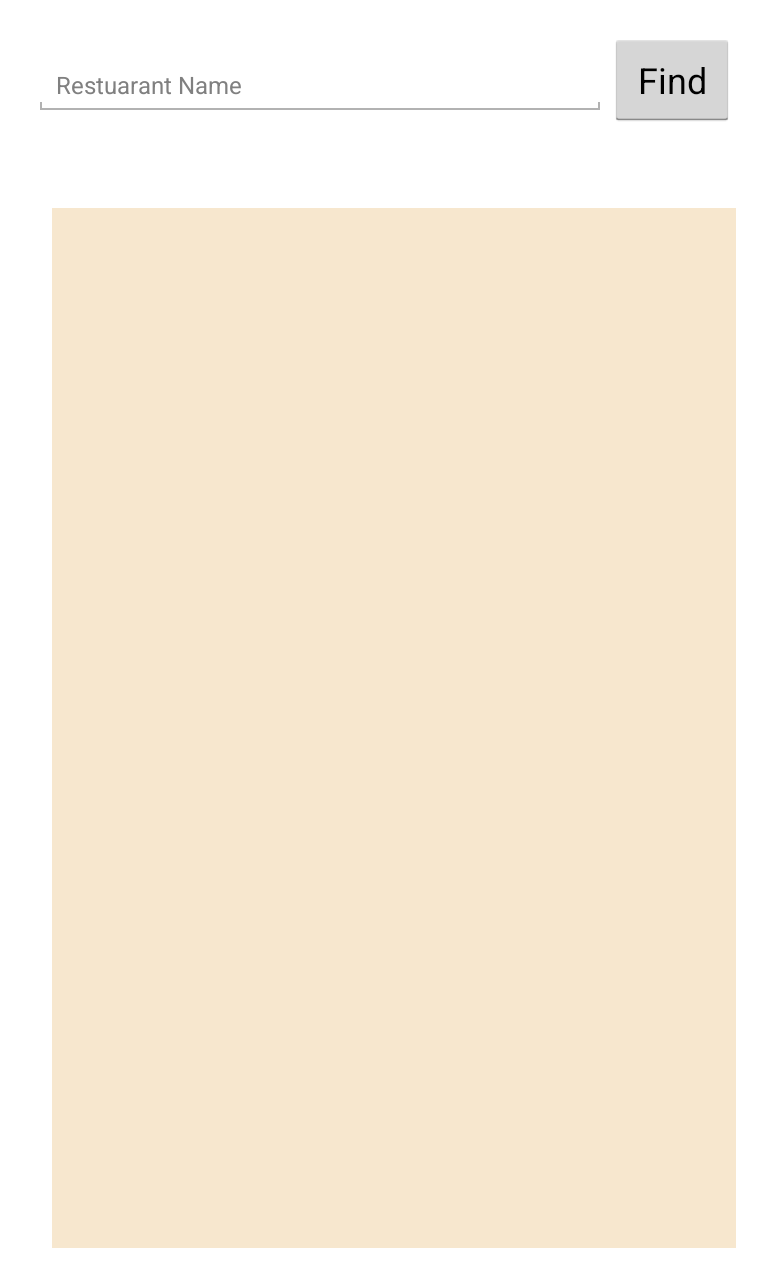
Repository: marymotlagh/Yelp-RBC
Layout: FoodNearYou/res/layout/activity_search.xml
The author's editor kept a copy of each file at every save. The layout is drawn from the files as they stood at one save, then again after the next save.
It is drawn on a 768 x 1280 px phone screen (xhdpi) without system bars, with theme AppTheme; the app's code is not run. Lists and similar views that code fills are empty.

Above is the layout before, as saved 2016-08-23 00:16:48.

### FoodNearYou/res/layout/activity_search.xml
<RelativeLayout xmlns:android="http://schemas.android.com/apk/res/android"
    xmlns:tools="http://schemas.android.com/tools"
    android:layout_width="match_parent"
    android:layout_height="match_parent"
    android:orientation="vertical"
    android:paddingBottom="@dimen/activity_vertical_margin"
    android:paddingLeft="@dimen/activity_horizontal_margin"
    android:paddingRight="@dimen/activity_horizontal_margin"
    android:paddingTop="@dimen/activity_vertical_margin"
    tools:context="com.RBC.foodnearyou.SearchActivity" >

    <LinearLayout
        android:id="@+id/linearLayout1"
        android:layout_width="match_parent"
        android:layout_height="wrap_content" >

        <EditText
            android:id="@+id/edtSearch"
            android:layout_width="0dp"
            android:layout_height="wrap_content"
            android:layout_weight=".80"
            android:hint="@string/search"
            android:inputType="text"
            android:textSize="12sp" />

        <Button
            android:id="@+id/btnFind"
            android:layout_width="wrap_content"
            android:layout_height="wrap_content"
            android:text="@string/find" />
    </LinearLayout>


    <GridView
        android:id="@+id/grvResturant"
        android:layout_width="match_parent"
        android:layout_height="match_parent"
        android:layout_alignLeft="@+id/linearLayout1"
        android:layout_below="@+id/linearLayout1"
        android:layout_marginLeft="10dp"
        android:layout_marginTop="40dp"
        android:verticalSpacing="10dp"
        android:horizontalSpacing="10dp"
        android:numColumns="auto_fit"
        android:stretchMode="columnWidth"
        android:background="@color/champagne"
    	android:gravity="center">


    </GridView>

</RelativeLayout>

### FoodNearYou/res/values/strings.xml
<?xml version="1.0" encoding="utf-8"?>
<resources>

    <string name="app_name">Find Restaurant</string>
    <string name="search">Restuarant Name</string>
    <string name="find">Find</string>
    <string name="action_settings">Settings</string>
    <string name="imgtext">Restaurants Image</string>
    <string name="title_activity_detail">Restaurant Detail</string>
    <string name="LReview">Latest Review:</string>



</resources>

### FoodNearYou/res/values/color.xml
<?xml version="1.0" encoding="utf-8"?>
<resources>


    <!-- Maryam Style -->

    <color name="champagne">#F7E7CE</color>
    <color name="dark_green">#013220</color>
    <color name="fawn">#E5AA70</color>
    <color name="dark_brown">#654321</color>
    <color name="duke_blue">#00009C</color>

    <!-- Common -->
    <color name="white">#FFFFFF</color>
    <color name="black">#000000</color>
    <color name="red">#FF0000</color>
    <color name="green">#008000</color>
    <color name="blue">#0000FF</color>
    <color name="yellow">#FFFF00</color>
    <color name="teal">#008080</color>
    <color name="Orange">#FFA500</color>


    <!-- a -->
    <color name="Azure">#F0FFFF</color>
    <color name="AliceBlue">#F0F8FF</color>
    <color name="AntiqueWhite">#FAEBD7</color>
    <color name="Aquamarine">#7FFFD4</color>
    <!-- b -->
    <color name="Beige">#F5F5DC</color>
    <color name="BurlyWood">#DEB887</color>
    <color name="Brown">#A52A2A</color>
    <color name="BlueViolet">#8A2BE2</color>
    <color name="aqua">#00FFFF</color>
    <color name="Bisque">#FFE4C4</color>
    <color name="BlanchedAlmond">#FFEBCD</color>
    <!-- c -->
    <color name="Cornsilk">#FFF8DC</color>
    <color name="Coral">#FF7F50</color>
    <color name="Chocolate">#D2691E</color>
    <color name="Crimson">#DC143C</color>
    <color name="CornflowerBlue">#6495ED</color>
    <color name="CadetBlue">#5F9EA0</color>
    <color name="Chartreuse">#7FFF00</color>
    <!-- d -->
    <color name="DeepPink">#FF1493</color>
    <color name="DeepSkyBlue">#00BFFF</color>
    <color name="DimGray">#696969</color>
    <color name="DodgerBlue">#1E90FF</color>
    <!-- e -->
    <!-- f -->
    <color name="fuchsia">#FF00FF</color>
    <color name="ForestGreen">#228B22</color>
    <color name="FloralWhite">#FFFAF0</color>
    <color name="FireBrick">#B22222</color>
    <color name="Fuchsia">#FF00FF</color>
    <!-- g -->
    <color name="Gold">#FFD700</color>
    <color name="GreenYellow">#ADFF2F</color>
    <color name="gray">#808080</color>
    <color name="Goldenrod">#DAA520</color>
    <color name="Gainsboro">#DCDCDC</color>
    <color name="GhostWhite">#F8F8FF</color>
    <!-- h -->
    <color name="Honeydew">#F0FFF0</color>
    <color name="HotPink">#FF69B4</color>
    <!-- i -->
    <color name="Indigo">#4B0082</color>
    <color name="Ivory">#FFFFF0</color>
    <color name="IndianRed">#CD5C5C</color>
    <!-- j -->
    <!-- k -->
    <color name="Khaki">#F0E68C</color>
    <!-- l -->
    <color name="lime">#00FF00</color>
    <color name="LawnGreen">#7CFC00</color>
    <color name="LavenderBlush">#FFF0F5</color>
    <color name="Linen">#FAF0E6</color>
    <color name="LemonChiffon">#FFFACD</color>
    <color name="Lavender">#E6E6FA</color>
    <color name="LimeGreen">#32CD32</color>
    <!-- m -->
    <color name="maroon">#800000</color>
    <color name="Moccasin">#FFE4B5</color>
    <color name="Maroon">#800000</color>
    <color name="MintCream">#F5FFFA</color>
    <color name="Magenta">#FF00FF</color>
    <color name="MidnightBlue">#191970</color>
    <color name="MistyRose">#FFE4E1</color>
    <!-- n -->
    <color name="navy">#000080</color>
    <color name="NavajoWhite">#FFDEAD</color>
    <!-- o -->
    <color name="olive">#808000</color>
    <color name="OliveDrab">#6B8E23</color>
    <color name="OrangeRed">#FF4500</color>
    <color name="OldLace">#FDF5E6</color>
    <color name="Orchid">#DA70D6</color>

    <!-- p -->
    <color name="PeachPuff">#FFDAB9</color>
    <color name="Pink">#FFC0CB</color>
    <color name="Peru">#CD853F</color>
    <color name="PaleGoldenrod">#EEE8AA</color>
    <color name="PaleVioletRed">#DB7093</color>
    <color name="Plum">#DDA0DD</color>
    <color name="PaleGreen">#98FB98</color>
    <color name="PowderBlue">#B0E0E6</color>
    <color name="PaleTurquoise">#AFEEEE</color>
    <color name="PapayaWhip">#FFEFD5</color>
    <!-- q -->
    <!-- r -->
    <color name="RoyalBlue">#4169E1</color>
    <color name="RosyBrown">#BC8F8F</color>
    <!-- s -->
    <color name="silver">#C0C0C0</color>
    <color name="Seashell">#FFF5EE</color>
    <color name="Snow">#FFFAFA</color>
    <color name="Sienna">#A0522D</color>
    <color name="SpringGreen">#00FF7F</color>
    <color name="SkyBlue">#87CEEB</color>
    <color name="SeaGreen">#2E8B57</color>
    <color name="SteelBlue">#4682B4</color>
    <color name="SlateGray">#708090</color>
    <color name="SlateBlue">#6A5ACD</color>
    <color name="SaddleBrown">#8B4513</color>
    <color name="Salmon">#FA8072</color>
    <color name="SandyBrown">#F4A460</color>

    <!-- t -->
    <color name="Thistle">#D8BFD8</color>
    <color name="Turquoise">#40E0D0</color>
    <color name="Tan">#D2B48C</color>
    <color name="Tomato">#FF6347</color>
    <!-- u -->
    <!-- v -->
    <color name="purple">#800080</color>
    <color name="Violet">#EE82EE</color>
    <!-- w -->
    <color name="WhiteSmoke">#F5F5F5</color>
    <color name="Wheat">#F5DEB3</color>
    <!-- x -->
    <!-- y -->

    <color name="YellowGreen">#9ACD32</color>
    <!-- z -->

	<!-- Black Transparent -->
	<color name="transparent_black_hex_1">#11000000</color>
	<color name="transparent_black_hex_2">#22000000</color>
	<color name="transparent_black_hex_3">#33000000</color>
	<color name="transparent_black_hex_4">#44000000</color>
	<color name="transparent_black_hex_5">#55000000</color>
	<color name="transparent_black_hex_6">#66000000</color>
	<color name="transparent_black_hex_7">#77000000</color>
	<color name="transparent_black_hex_8">#88000000</color>
	<color name="transparent_black_hex_9">#99000000</color>
	<color name="transparent_black_hex_10">#aa000000</color>
	<color name="transparent_black_hex_11">#bb000000</color>
	<color name="transparent_black_hex_12">#cc000000</color>
	<color name="transparent_black_hex_13">#dd000000</color>
	<color name="transparent_black_hex_14">#ee000000</color>
	<color name="transparent_black_hex_15">#ff000000</color>

	<color name="transparent_black_percent_5">#0D000000</color>
	<color name="transparent_black_percent_10">#1A000000</color>
	<color name="transparent_black_percent_15">#26000000</color>
	<color name="transparent_black_percent_20">#33000000</color>
	<color name="transparent_black_percent_25">#40000000</color>
	<color name="transparent_black_percent_30">#4D000000</color>
	<color name="transparent_black_percent_35">#59000000</color>
	<color name="transparent_black_percent_40">#66000000</color>
	<color name="transparent_black_percent_45">#73000000</color>
	<color name="transparent_black_percent_50">#80000000</color>
	<color name="transparent_black_percent_55">#8C000000</color>
	<color name="transparent_black_percent_60">#99000000</color>
	<color name="transparent_black_percent_65">#A6000000</color>
	<color name="transparent_black_percent_70">#B3000000</color>
	<color name="transparent_black_percent_75">#BF000000</color>
	<color name="transparent_black_percent_80">#CC000000</color>
	<color name="transparent_black_percent_85">#D9000000</color>
	<color name="transparent_black_percent_90">#E6000000</color>
	<color name="transparent_black_percent_95">#F2000000</color>

	<!-- White Transparent -->
	<color name="transparent_white_hex_1">#11ffffff</color>
	<color name="transparent_white_hex_2">#22ffffff</color>
	<color name="transparent_white_hex_3">#33ffffff</color>
	<color name="transparent_white_hex_4">#44ffffff</color>
	<color name="transparent_white_hex_5">#55ffffff</color>
	<color name="transparent_white_hex_6">#66ffffff</color>
	<color name="transparent_white_hex_7">#77ffffff</color>
	<color name="transparent_white_hex_8">#88ffffff</color>
	<color name="transparent_white_hex_9">#99ffffff</color>
	<color name="transparent_white_hex_10">#aaffffff</color>
	<color name="transparent_white_hex_11">#bbffffff</color>
	<color name="transparent_white_hex_12">#ccffffff</color>
	<color name="transparent_white_hex_13">#ddffffff</color>
	<color name="transparent_white_hex_14">#eeffffff</color>
	<color name="transparent_white_hex_15">#ffffffff</color>

	<color name="transparent_white_percent_5">#0Dffffff</color>
	<color name="transparent_white_percent_10">#1Affffff</color>
	<color name="transparent_white_percent_15">#26ffffff</color>
	<color name="transparent_white_percent_20">#33ffffff</color>
	<color name="transparent_white_percent_25">#40ffffff</color>
	<color name="transparent_white_percent_30">#4Dffffff</color>
	<color name="transparent_white_percent_35">#59ffffff</color>
	<color name="transparent_white_percent_40">#66ffffff</color>
	<color name="transparent_white_percent_45">#73ffffff</color>
	<color name="transparent_white_percent_50">#80ffffff</color>
	<color name="transparent_white_percent_55">#8Cffffff</color>
	<color name="transparent_white_percent_60">#99ffffff</color>
	<color name="transparent_white_percent_65">#A6ffffff</color>
	<color name="transparent_white_percent_70">#B3ffffff</color>
	<color name="transparent_white_percent_75">#BFffffff</color>
	<color name="transparent_white_percent_80">#CCffffff</color>
	<color name="transparent_white_percent_85">#D9ffffff</color>
	<color name="transparent_white_percent_90">#E6ffffff</color>
	<color name="transparent_white_percent_95">#F2ffffff</color>
</resources>

Loaded but not shown: FoodNearYou/res/values/styles.xml (common file); FoodNearYou/res/values-v11/styles.xml (common file); FoodNearYou/res/values-v14/styles.xml (common file); FoodNearYou/res/values/dimens.xml (common file); FoodNearYou/res/values-w820dp/dimens.xml (common file)

After the next save:
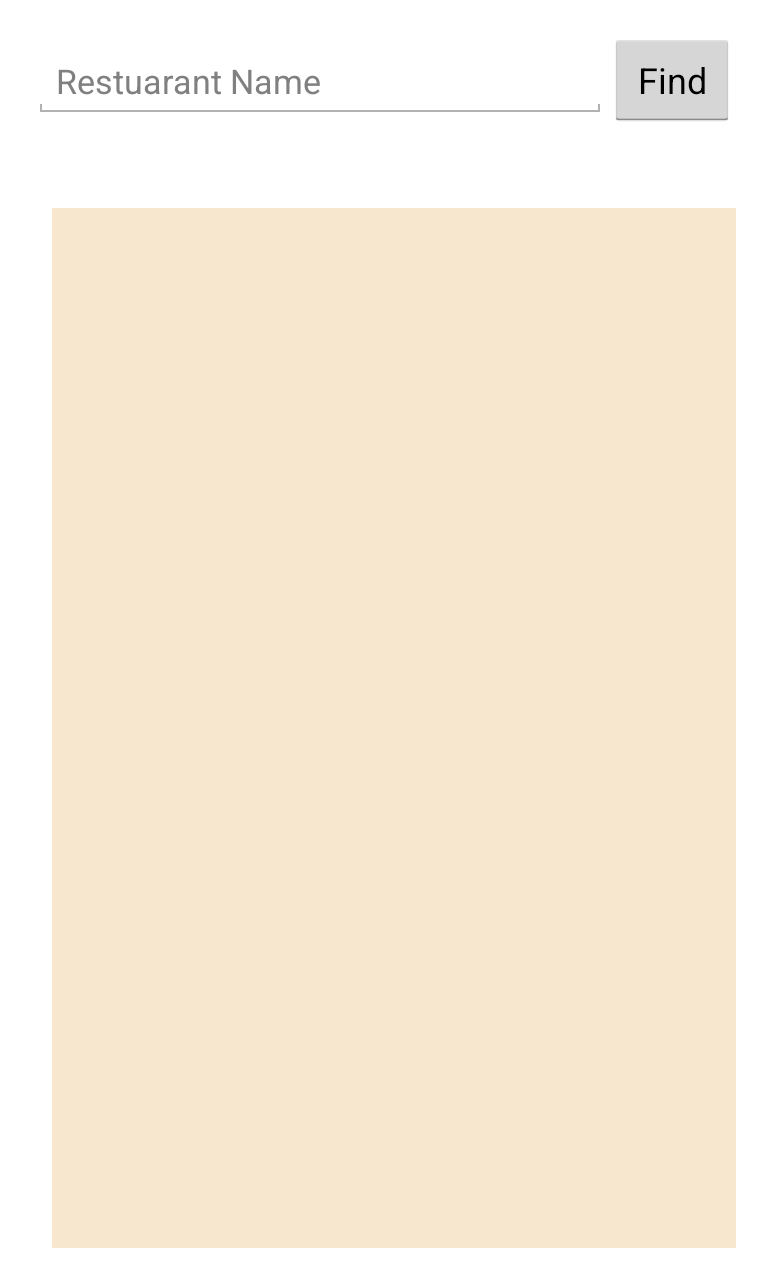
Saved 4 min 42 s later.
--- a/FoodNearYou/res/layout/activity_search.xml
+++ b/FoodNearYou/res/layout/activity_search.xml
@@ -21,7 +21,7 @@
             android:layout_weight=".80"
             android:hint="@string/search"
             android:inputType="text"
-            android:textSize="12sp" />
+            android:textSize="17sp" />
 
         <Button
             android:id="@+id/btnFind"
